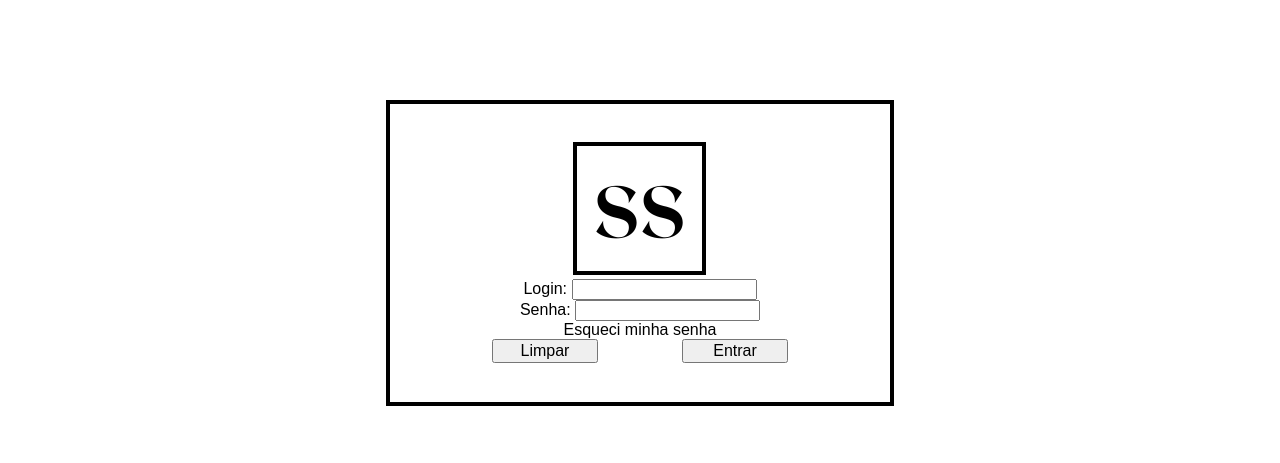
Repository: FaculdadeSenaiJoinville/PiMichelBaade
Page: ProjetoIndividual/WebContent/index.html
An editor plug-in stored every save of this project. The page is shown before and after the next save, followed by the edit.
The browser window is 1280 px wide. The pictures show the whole page.

Above is the page before, as saved 2021-08-10 23:57:27.

After the next save:
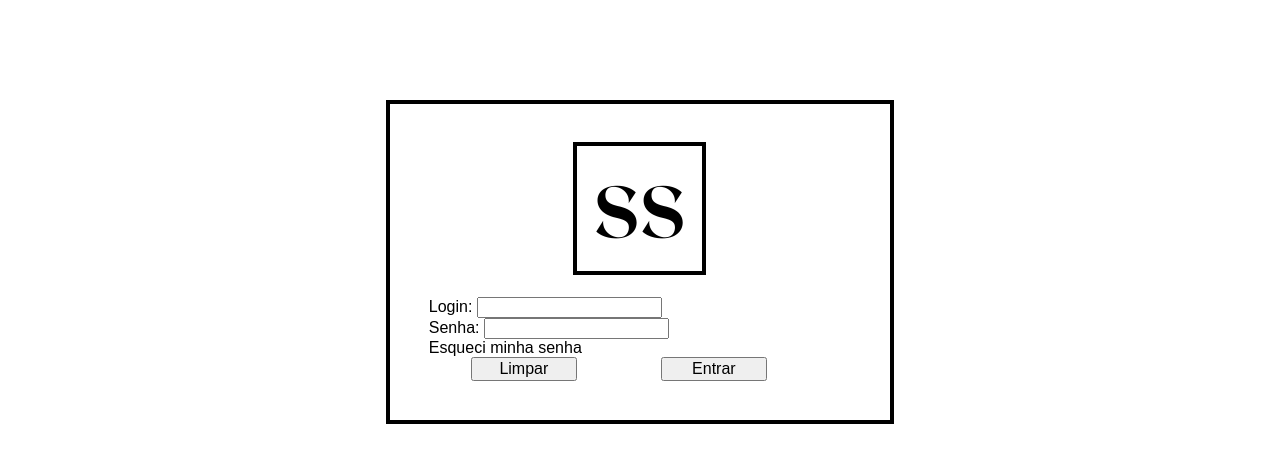
Saved 20 s later.
--- a/ProjetoIndividual/WebContent/index.html
+++ b/ProjetoIndividual/WebContent/index.html
@@ -11,7 +11,8 @@
 </head>
 <body>
 	<form name="frmlogin" method="post" action="#">
-		<div id="camposlogin"><img src="imgs/logo.png" alt="Logo da Software dos Sonhos"><br>
+		<div id="camposlogin"><img src="imgs/logo.png" alt="Logo da Software dos Sonhos"></div>
+		<br>
 
 		<label for="login">Login: </label>
 		<input type="text" name="txtlogin" id="login"><br>
@@ -21,7 +22,7 @@
 		<a>Esqueci minha senha</a><br>
 		<button type="reset">Limpar</button><button type="reset">Entrar</button>
 
-		</div>
+
 	</form>
 </body>
 </html>
